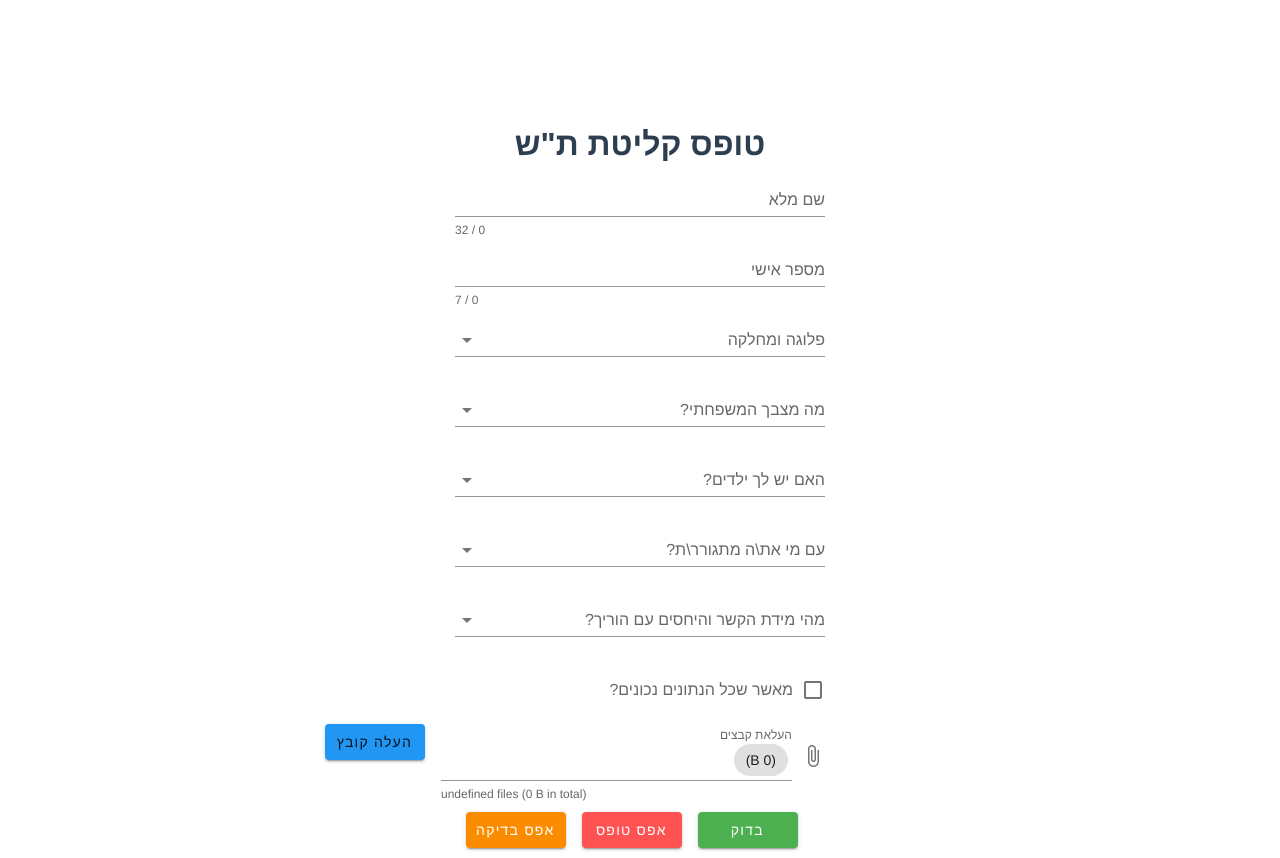
Repository: Natanhel/klitat-tash
Page: /
The author's editor kept a copy of each file at every save. The page is drawn from the files as they stood at one save, then again after a run of saves.
The browser window is 1280 px wide. The pictures show the whole page.
The page's requests for data from a server got no answer. The project was rebuilt for these pictures with package versions that can differ from the ones it lists, and the page was loaded fresh each time. No one was signed in, and anything a server would have sent is missing. Also part of the build but not shown: vue.config.js.

Above is the page before, as saved 2020-12-01 17:37:26.

### src/App.vue
<template>
  <div id="app">
    <v-app>

      <h1>טופס קליטת ת"ש</h1>

      <v-form
        ref="form"
        v-model="valid"
        lazy-validation
      >
        <v-text-field
          v-model="name"
          :counter="32"
          :rules="nameRules"
          label="שם מלא"
          required
        ></v-text-field>

        <v-text-field
          v-model="pernr"
          :counter="7"
          :rules="pernrRules"
          label="מספר אישי"
          required
        ></v-text-field>

        <v-select
          v-model="select"
          :items="items"
          :rules="[v => !!v || 'נדרש להזין פלוגה ומחלקה']"
          label="פלוגה ומחלקה"
          required
        ></v-select>

        <v-select
          v-model="select"
          :items="familyItems"
          :rules="[v => !!v || 'נדרש להזין מצב משפחתי']"
          label="מה מצבך המשפחתי?"
          required
        ></v-select>

        <v-select
          v-model="select"
          :items="haveKidsItems"
          :rules="[v => !!v || 'נדרש להזין']"
          label="האם יש לך ילדים?"
          required
        ></v-select>

        <v-select
          v-model="select"
          :items="livingWithItems"
          :rules="[v => !!v || 'נדרש להזין']"
          label="עם מי את\ה מתגורר\ת?"
          required
        ></v-select>

        <v-select
          v-model="select"
          :items="parentsStatusItems"
          :rules="[v => !!v || 'נדרש להזין']"
          label="מהי מידת הקשר והיחסים עם הוריך?"
          required
        ></v-select>

        <v-checkbox
          v-model="checkbox"
          :rules="[v => !!v || 'עליך לאשר על מנת להמשיך!']"
          label="מאשר שכל הנתונים נכונים?"
          required
        ></v-checkbox>

      <div class="upload">

        <v-file-input :value="filesBuffer" multiple show-size counter  chips label="העלאת קבצים"></v-file-input>

        <v-btn
          color="blue"
          class="mr-4"
          @click="uploadFile"
        >
          העלה קובץ
        </v-btn>
      </div>
      <div class="btn-group">
        <v-btn
          :disabled="!valid"
          color="success"
          class="mr-4"
          @click="validate"
        >
          בדוק
        </v-btn>

        <v-btn
          color="error"
          class="mr-4"
          @click="reset"
        >
          אפס טופס
        </v-btn>

        <v-btn
          color="warning"
          class="mr-4"
          @click="resetValidation"
        >
          אפס בדיקה
        </v-btn>
      </div>

      </v-form>
    </v-app>
  </div>
</template>

<script>
import axios from 'axios';

export default {
  name: 'App',
  mounted(){
    // login
    const data = JSON.stringify({"password":"passward","email":"natanhelp@gmail.com"});

    const config = {
      method: 'post',
      url: 'https://nat-task-manager.herokuapp.com/users/login',
      headers: {
        'Content-Type': 'application/json'
      },
      data : data
    };

    axios(config)
      .then((response) => {
        console.log(JSON.stringify(response.data));
      })
      .catch((error) => {
        console.log(error);
      })
  },

  data: () => ({
    filesBuffer: new ArrayBuffer(),
    valid: true,
    name: '',
    nameRules: [
      v => !!v || 'נדרש להזין שם',
      v => !(v && v.length <= 4) || 'על השם להיות ארוך מ-4 תווים',
    ],
    pernr: '',
    pernrRules: [
      v => !!v || 'נדרש להזין מספר אישי',
      v => !(v.length !== 7) || 'על המספר להיות בדיוק 7 תווים'
    ],
    select: null,
    items: [
      'ו1',
      'ו2',
      'ו3',
      'ו4',
      'ו5',
    ],
    familyItems: [
      'רווק/ה',
      'נשוי/ה',
      'גרוש/ה'
    ],
    haveKidsItems: [
      'כן', 'לא'
    ],
    livingWithItems: [
      'מתוגרר/ת עם ההורים (אחד מהם לפחות)',
      'איני מתגורר/ת עם ההורים'
    ],
    parentsRelationsItems: [
      'בקשר עם שניהם ויחסים תקינים',
      'בקשר וביחסיפ תקינים (רק עם אחד מהם)',
      'בקשר עם שניהם/אחד מהם ומערכת יחסים רעועה',
      'לא בקשר בכלל'
    ],
    parentsStatusItems: [
      'נשואים',
      'גרושים',
      'פרודים',
      'אלמנ/ה',
      'רווק/ה'
    ],
    checkbox: false,
  }),
  methods: {
    validate () {
      this.$refs.form.validate()
    },
    reset () {
      this.$refs.form.reset()
    },
    resetValidation () {
      this.$refs.form.resetValidation()
    },
    uploadFile() {
      console.log(this.filesBuffer);
    }
  },
}
</script>

<style>
#app {
  font-family: Avenir, Helvetica, Arial, sans-serif;
  -webkit-font-smoothing: antialiased;
  -moz-osx-font-smoothing: grayscale;
  text-align: center;
  color: #2c3e50;
  margin-top: 60px;
}

form
{
  width: 370px;
}

#app
{
  display: flex;
  align-items: center;
  justify-content: center;
}

.v-btn
{
  width: 100px;
}

.btn-group{
  width: 100%;
  padding: 10px;
}

.upload
{
  display: flex;
  flex-direction: row;
  width: 500px;
}
</style>

### src/plugins/vuetify.js
import Vue from 'vue';
import Vuetify from 'vuetify/lib';

Vue.use(Vuetify);

export default new Vuetify({
    rtl: true,
});

Loaded but not shown: public/index.html (common file); src/main.js (common file)

After the next 2 saves:
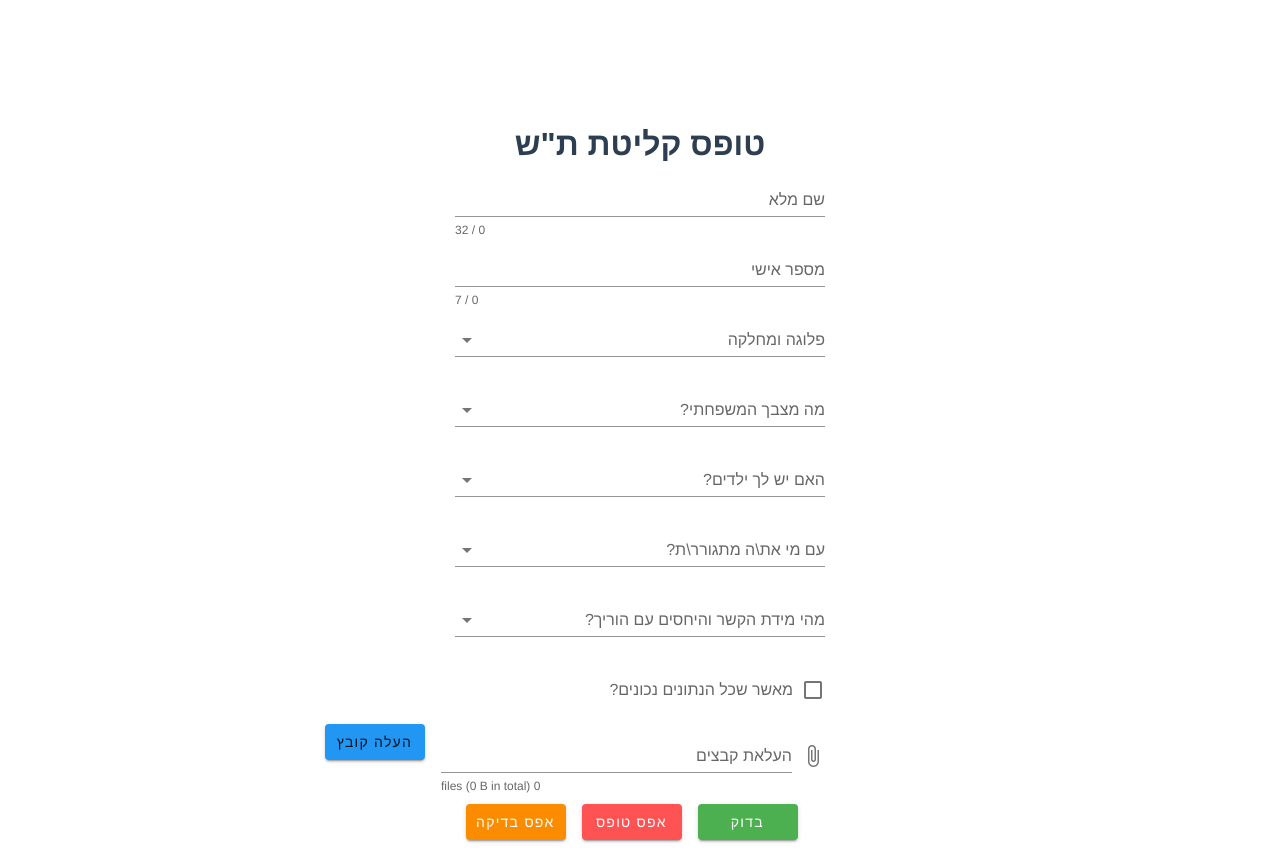
The 2 saves are shown as one change because they came seconds apart.
The last was saved 6 min 2 s later.
--- a/src/App.vue
+++ b/src/App.vue
@@ -144,7 +144,7 @@ export default {
   },
 
   data: () => ({
-    filesBuffer: new ArrayBuffer(),
+    files: null,
     valid: true,
     name: '',
     nameRules: [
